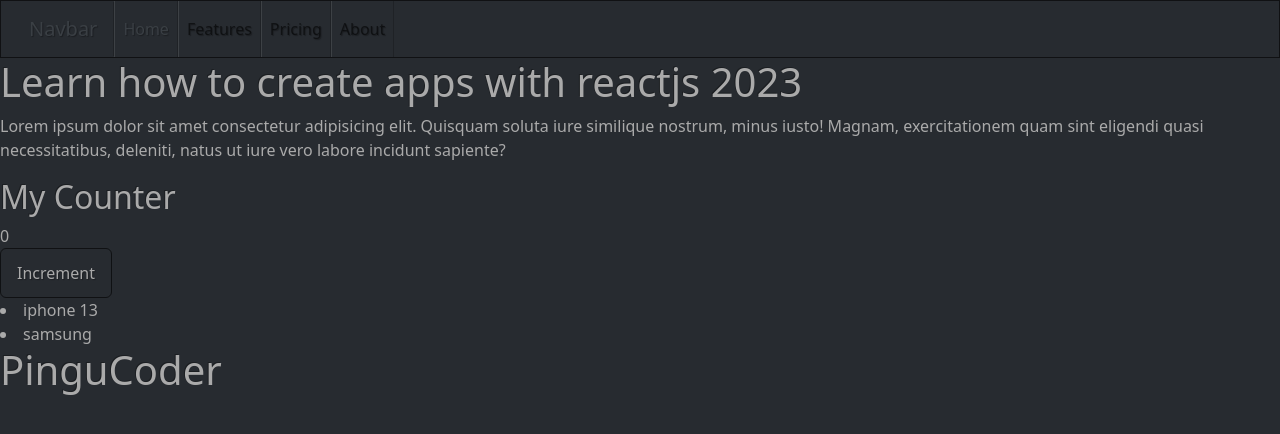
Repository: chanwarichawki/React-BC
Page: /
An editor plug-in stored every save of this project. The page is shown before and after the next save, followed by the edit.
The browser window is 1280 px wide. The pictures show the whole page.
Some web libraries are served in a nearby version. The project was rebuilt for these pictures with package versions that can differ from the ones it lists, and the page was loaded fresh each time. Also part of the build but not shown: vite.config.js.

Above is the page before, as saved 2024-01-15 17:01:22.

After the next save:
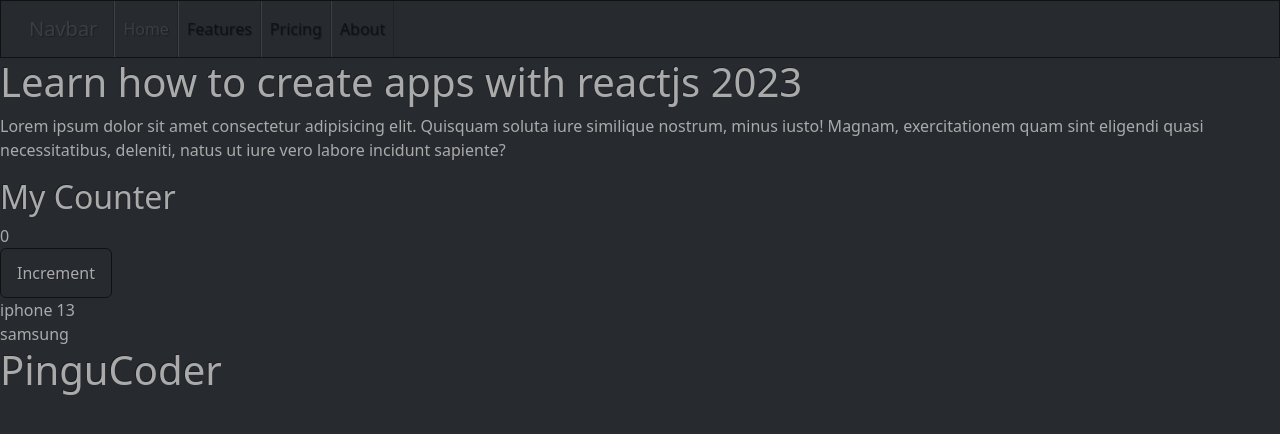
Saved 12 s later.
--- a/src/components/Products.jsx
+++ b/src/components/Products.jsx
@@ -29,7 +29,7 @@ function Products() {
 
         <div>
         {products.map((product, index) => (
-          <li key={index}>{product.label}</li>
+          <div key={index}>{product.label}</div>
         ))}
         </div>
       )
